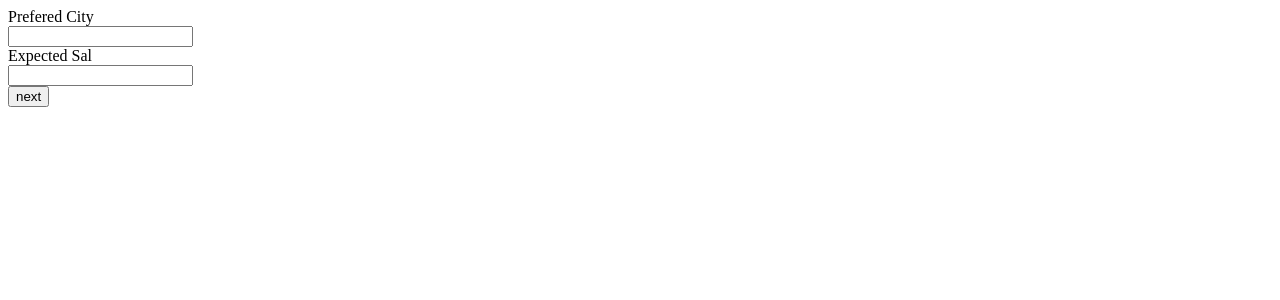
Repository: mnarendra333/batch21_WE
Page: HttpSessionWithCookies/WebContent/form2.html
These files come from the project's save history. The page is drawn as it stood at one moment and after the next save; the edit follows.
The browser window is 1280 px wide. The pictures show the whole page.

Above is the page before, as saved 2019-02-17 07:28:53.

### HttpSessionWithCookies/WebContent/form2.html
<form action="ssrv">



	<div>

			<div>
				<span>Prefered City</span>
				<div><input type="text" name="city"></div>
			</div>
			<div>
				<span>Expected Sal</span>
				<div><input type="number" name="sal"></div>
			</div>
			<div>
				<div><input type="submit" value="next"></div>
			</div>

	</div>

</form>

After the next save:
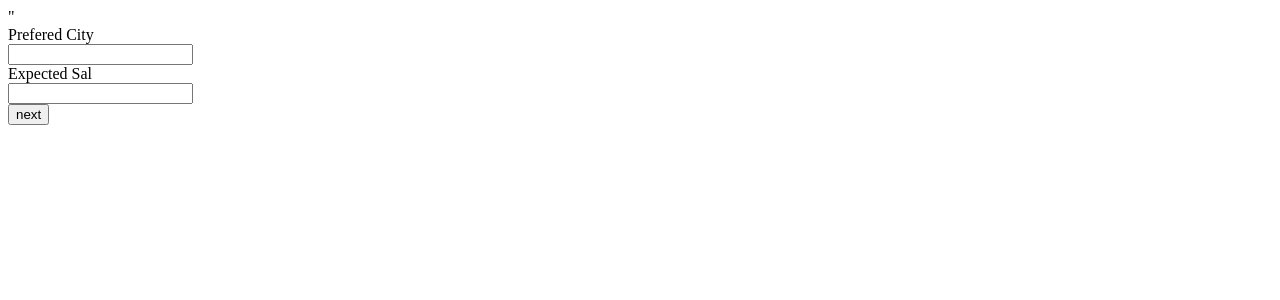
Saved 8 min 59 s later.
--- a/HttpSessionWithCookies/WebContent/form2.html
+++ b/HttpSessionWithCookies/WebContent/form2.html
@@ -1,4 +1,4 @@
-<form action="ssrv">
+<form action="+response.encodeUrl+">"
 
 
 
